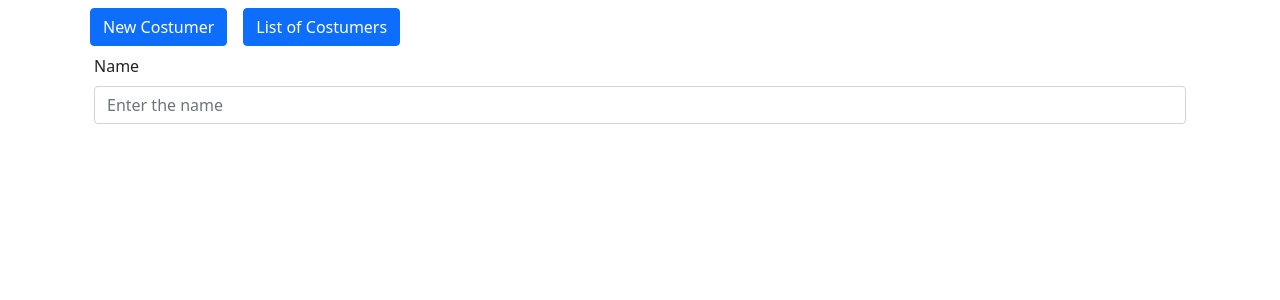
Repository: Sanjayjangra88/combo_app
Page: /, after clicking the first element matching `button.btn`
These files come from the project's save history. The page is drawn as it stood at one moment and after a run of saves; the edit follows.
The browser window is 1280 px wide. The pictures show the whole page.
Some web libraries are served in a nearby version. The project was rebuilt for these pictures with package versions that can differ from the ones it lists, and the page was loaded fresh each time. Also part of the build but not shown: src/App.js.

Above is the page before, as saved 2022-06-03 17:08:04.

### public/index.html
<!DOCTYPE html>
<html lang="en">
  <head>
    <meta charset "UTF-8" />
    <link rel="icon" href="%PUBLIC_URL%/favicon.ico" />
    <meta name="viewport" content="width=device-width, initial-scale=1" />
    <meta name="theme-color" content="#000000" />
    <meta
      name="description"
      content="Web site created using create-react-app"
    />
    <link rel="apple-touch-icon" href="%PUBLIC_URL%/logo192.png" />
    <!--
      manifest.json provides metadata used when your web app is installed on a
      user's mobile device or desktop. See https://developers.google.com/web/fundamentals/web-app-manifest/
    -->
    <link rel="manifest" href="%PUBLIC_URL%/manifest.json" />
    <link href="https://cdn.jsdelivr.net/npm/bootstrap@5.0.2/dist/css/bootstrap.min.css" rel="stylesheet" integrity="sha384-EVSTQN3/azprG1Anm3QDgpJLIm9Nao0Yz1ztcQTwFspd3yD65VohhpuuCOmLASjC" crossorigin="anonymous">
    <!--
      Notice the use of %PUBLIC_URL% in the tags above.
      It will be replaced with the URL of the `public` folder during the build.
      Only files inside the `public` folder can be referenced from the HTML.

      Unlike "/favicon.ico" or "favicon.ico", "%PUBLIC_URL%/favicon.ico" will
      work correctly both with client-side routing and a non-root public URL.
      Learn how to configure a non-root public URL by running `npm run build`.
    -->
    <!-- Bootstrap CSS -->
    <link rel="stylesheet" href="https://cdn.jsdelivr.net/npm/bootstrap@4.0.0/dist/css/bootstrap.min.css" integrity="sha384-Gn5384xqQ1aoWXA+058RXPxPg6fy4IWvTNh0E263XmFcJlSAwiGgFAW/dAiS6JXm" crossorigin="anonymous">

    <title>React App</title>
  </head>
  <body>
    <noscript>You need to enable JavaScript to run this app.</noscript>
    <div id="root"></div>
    <script src="https://kit.fontawesome.com/9e06ebf41f.js" crossorigin="anonymous"></script>
    <!--
      This HTML file is a template.
      If you open it directly in the browser, you will see an empty page.

      You can add webfonts, meta tags, or analytics to this file.
      The build step will place the bundled scripts into the <body> tag.

      To begin the development, run `npm start` or `yarn start`.
      To create a production bundle, use `npm run build` or `yarn build`.
    -->
    <script src="https://code.jquery.com/jquery-3.2.1.slim.min.js" integrity="sha384-KJ3o2DKtIkvYIK3UENzmM7KCkRr/rE9/Qpg6aAZGJwFDMVNA/GpGFF93hXpG5KkN" crossorigin="anonymous"></script>
    <script src="https://cdn.jsdelivr.net/npm/popper.js@1.12.9/dist/umd/popper.min.js" integrity="sha384-ApNbgh9B+Y1QKtv3Rn7W3mgPxhU9K/ScQsAP7hUibX39j7fakFPskvXusvfa0b4Q" crossorigin="anonymous"></script>
    <script src="https://cdn.jsdelivr.net/npm/bootstrap@4.0.0/dist/js/bootstrap.min.js" integrity="sha384-JZR6Spejh4U02d8jOt6vLEHfe/JQGiRRSQQxSfFWpi1MquVdAyjUar5+76PVCmYl" crossorigin="anonymous"></script>
  </body>
</html>

### src/index.js
import React from 'react';
import ReactDOM from 'react-dom';
import './index.css';
import App from './App';
import reportWebVitals from './reportWebVitals';
import 'bootstrap/dist/css/bootstrap.min.css';

import DropDown6 from './Components/dropDown6';

ReactDOM.render(
  <React.StrictMode>
    <DropDown6/>
  </React.StrictMode>,
  document.getElementById('root')
);

// If you want to start measuring performance in your app, pass a function
// to log results (for example: reportWebVitals(console.log))
// or send to an analytics endpoint. Learn more: https://bit.ly/CRA-vitals
reportWebVitals();

### src/Components/dropDown6.jsx
import React, { Component } from 'react'
import DpForm from './dpForm'

export class dropDown extends Component {
  state={
    costumers:[],
    view:0
  }
  add=()=>{
    console.log("hy")
    let s1={...this.state};
    s1.view=2;
    this.setState(s1);
  }
  show=()=>{
    let s1={...this.state};
    s1.view=1;
    this.setState(s1);

    console.log("hy")
  }
  render() {
    const{costumers,view}=this.state;
    return (
      <div className='container'>
        <button className='btn btn-primary m-2'onClick={this.add}>New Costumer</button>
        <button className='btn btn-primary m-2'onClick={this.show}>List of Costumers</button><br/>
        {view==1 ?(
        costumers.length<=0?"There are no Costumers":costumers.map((ele)=><ul><li>{ele}</li></ul>))
  :view==2?
  <DpForm costumers={{}}/>
  :""}
      </div>
    )
  }
}

export default dropDown

### src/App.css
*{
  margin: 0;
  padding: 0;
}
.slidebar{
  position: absolute;
  background-color: rgb(168, 165, 165);
  height: 100vh;
  width: 30vh;
  margin-right: 5px;
  transition: transform 0.3s ease-in;


}
.slidebar  li a{
  text-decoration: none;
  color:white;
}
.slidebar  li{
  list-style: none;
  font-size: 20px;
  padding: 13px 0;
  color:white;
}
.box{
  margin-left: 32vh;
}
div.d-flex.justify-content-between{
  margin-left: 30vh;
}

.th1{
  background-color: black;
  color: white;
  border: 1px solid black;
  text-align: center;
  padding-left: 15px;
  padding-right: 15px;
}
.col1 {
  border: 1px solid black;
  text-align: center;
  padding-left: 15px;
  padding-right: 15px;
}

### src/Components/dpForm.jsx
import React, { Component } from 'react'

export class dpForm extends Component {
    state={
        costumers:this.props.costumers
    }
    handelChange=(e)=>{
        const {currentTarget:input}=e;
        let s1={...this.state};
        s1.costumers[input.name]=input.value;
        this.setState(s1);
    }
  render() {
      const{name}=this.state.costumers;
    return (
      <div className='container'>
           <div className="form-group">
                    <label>Name</label>
                    <input type="text"className="form-control"name="name"id="name"value={name} placeholder='Enter the name'onChange={this.handelChange} />
                </div>
      </div>
    )
  }
}

export default dpForm

Loaded but not shown: src/index.css (common file); src/reportWebVitals.js (common file)

After the next 2 saves:
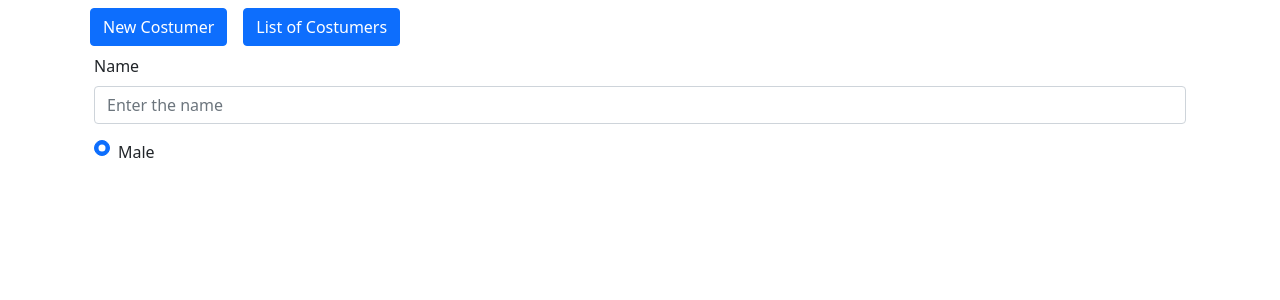
The 2 saves are shown as one change because 1 did not build or start.
The last was saved 2 min 44 s later.
--- a/src/Components/dpForm.jsx
+++ b/src/Components/dpForm.jsx
@@ -18,6 +18,16 @@ export class dpForm extends Component {
                     <label>Name</label>
                     <input type="text"className="form-control"name="name"id="name"value={name} placeholder='Enter the name'onChange={this.handelChange} />
                 </div>
+                <div className="form-check form-check-inline">
+                    <input
+                    className="form-check-input"
+                    type="radio"
+                    name="gender"
+                    value="Male"
+                    checked="Male"
+                    onChange={this.handelChange}/>
+                    <label className="form-check-label">Male</label>
+                </div>
       </div>
     )
   }
